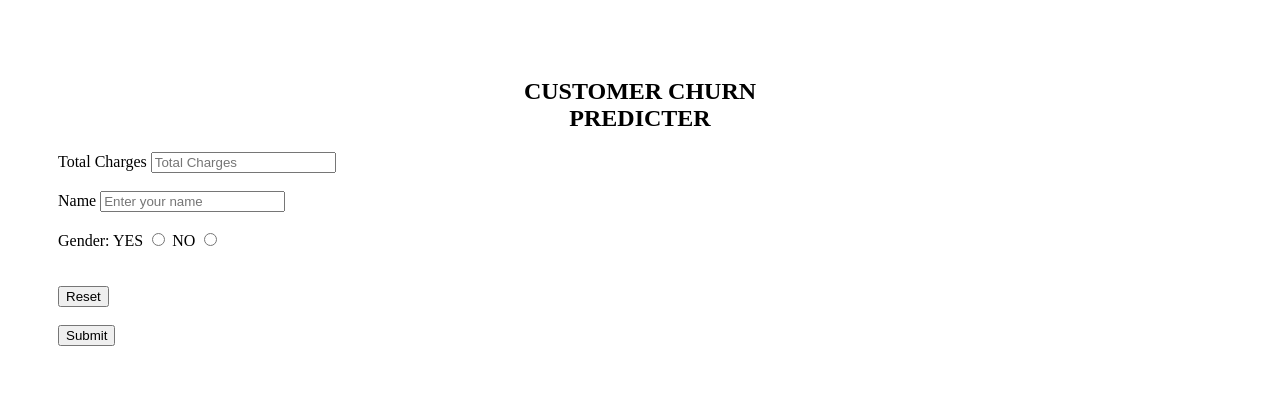
Repository: Cedrqmwesigwa/customer-churn-Bank
Page: index.html
The author's editor kept a copy of each file at every save. The page is drawn from the files as they stood at one save, then again after a run of saves.
The browser window is 1280 px wide. The pictures show the whole page.

Above is the page before, as saved 2024-05-21 03:39:31.

### index.html
<!DOCTYPE html>
<html>
    <head>
        <meta charset= 'UTF-8' >
        <title>ML API</title>

    </head>

    <body>
        <style>
            body{
	        padding: 50px;
            padding-top: 20;
}
            input [ type="text" ] {
                padding: 10%;
                border: 1px;
                border-radius: 4px;
            }
            /* label{
                /* font-weight:bold; */
            /* } */

        </style>
        <section>
            <div class="login">
                <!-- <div style="center"></div> -->
                <h1 style="text-align: center;"> CUSTOMER CHURN <br> PREDICTER</h1>
        </section>

            <section>
                <form action=" {{url for (predict)}}" method="POST">
                    <div>
                        <label for="Total Charges"> Total Charges  </label>
                        <input type="number" name="Total Charges" id="name" placeholder="Total Charges" required="required" />
                    </div>

                    <br>

                    <div>
                        <label for="name"> Name </label>
                        <input type="text" name="name" id="name" placeholder="Enter your name" required="required" />
                    </div>



                    <br>

                    <div>
                        <label for="gender"> Gender: </label>
                        <label >YES</label>
                        <input type="radio" name="title" value="YES">

                        <label>NO</label>
                        <input type="radio" name="title" value="NO">
                    </div>

                    <br>

                    <br>

                    <div>
                        <input type="reset">
                    </div>
                    <br>

                    <div>
                        <input type="submit">
                    </div>








                </form>
            </section>


        </div>
    </body>
</html>

After the next 4 saves:
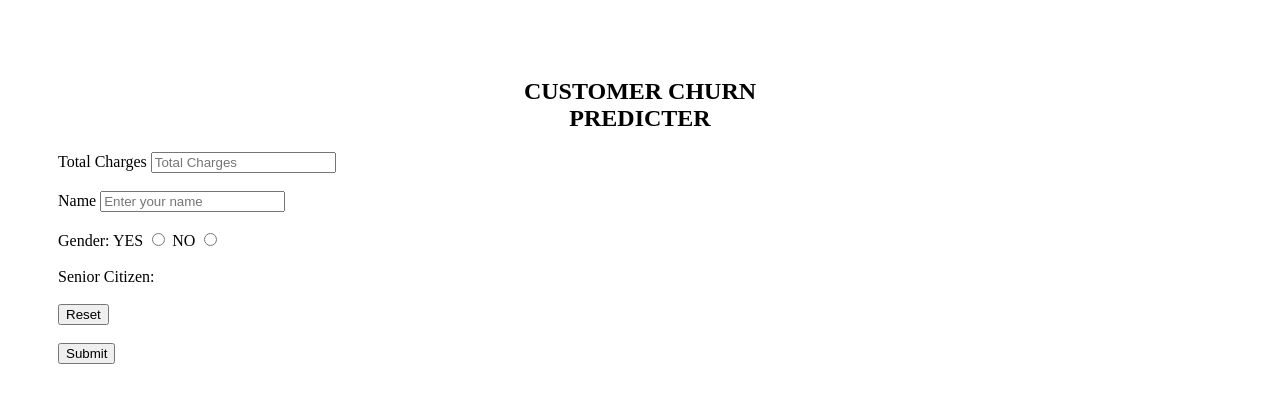
The 4 saves are shown as one change because they came seconds apart.
The last was saved 15 s later.
--- a/index.html
+++ b/index.html
@@ -56,7 +56,9 @@
                     </div>
 
                     <br>
-
+                    <div>
+                        <label for="Senior Citizen"> Senior Citizen: </label>
+                    </div>
                     <br>
 
                     <div>
